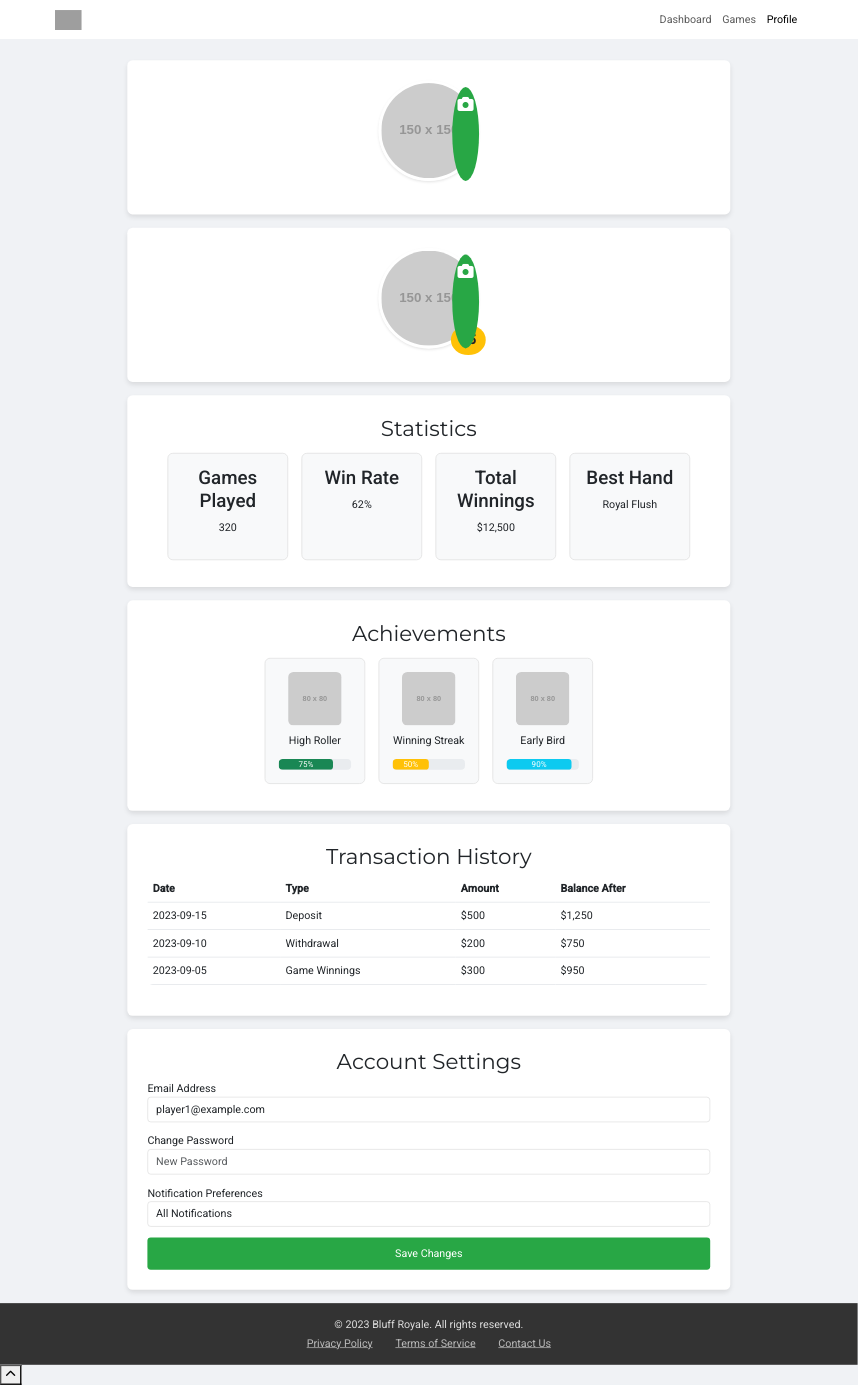
Repository: KidBillionaire/newapp
Page: public/settings.html
An editor plug-in stored every save of this project. The page is shown before and after the next save, followed by the edit.
The browser window is 1280 px wide. The pictures show the whole page, at 67% of full size.
Pictures or frames that could not be fetched are drawn as grey boxes.

Above is the page before, as saved 2024-10-10 20:10:07.

### public/settings.html
<!DOCTYPE html>
<html lang="en">
<head>
  <meta charset="UTF-8">
  <title>Bluff Royale - Profile</title>
  <meta name="viewport" content="width=device-width, initial-scale=1.0">
  <link href="https://fonts.googleapis.com/css2?family=Montserrat:wght@400;700&family=Roboto:wght@400;500&display=swap" rel="stylesheet">
  <link href="https://cdn.jsdelivr.net/npm/bootstrap@5.3.0/dist/css/bootstrap.min.css" rel="stylesheet">
  <link rel="stylesheet" href="https://cdnjs.cloudflare.com/ajax/libs/font-awesome/6.4.0/css/all.min.css">
  <style>
    /* Global Styles */
    body {
      background-color: #f0f2f5; /* Light background for a cleaner look */
      font-family: 'Roboto', sans-serif;
      padding-top: 70px;
    }

    .profile-container {
      max-width: 900px;
      margin: 20px auto;
    }

    .section {
      background: #ffffff;
      border-radius: 8px;
      box-shadow: 0 4px 8px rgba(0, 0, 0, 0.1); /* Light shadow for depth */
      padding: 30px;
      margin-bottom: 20px;
    }

    h2 {
      font-family: 'Montserrat', sans-serif;
      text-align: center;
      margin-bottom: 30px;
    }

    /* User Info */
    .user-info .profile-picture {
      position: relative;
      display: inline-block;
      margin-bottom: 20px;
    }

    .user-info .profile-picture img {
      border-radius: 50%;
      border: 4px solid #fff; /* White border around image */
      box-shadow: 0 2px 4px rgba(0, 0, 0, 0.1); /* Light shadow */
    }

    .user-info .level-badge {
      position: absolute;
      bottom: -10px;
      right: -10px;
      background: #ffc107;
      border-radius: 50%;
      padding: 8px 15px;
      font-size: 1.2em;
      font-weight: bold;
    }

    .user-info .upload-button {
      position: absolute;
      top: 10px;
      right: 10px;
      cursor: pointer;
      font-size: 1.5em;
    }

    /* Statistics Section */
    .statistics .stat-item {
      text-align: center;
      border: 1px solid #ddd;
      border-radius: 8px;
      padding: 20px;
      width: 180px;
      margin: 10px;
      background-color: #f8f9fa;
    }

    .statistics .stat-item h3 {
      margin-bottom: 10px;
    }

    /* Achievements Section */
    .achievement-item {
      text-align: center;
      border: 1px solid #ddd;
      border-radius: 8px;
      padding: 20px;
      width: 150px;
      margin: 10px;
      background-color: #f8f9fa;
    }

    .achievement-item img {
      border-radius: 8px;
      margin-bottom: 10px;
    }

    .progress {
      height: 10px;
      background-color: #e9ecef;
      border-radius: 5px;
    }

    .progress-bar {
      border-radius: 5px;
    }

    /* Transaction History */
    .transaction-history table {
      border-radius: 8px;
      overflow: hidden;
    }

    /* Settings Form */
    .form-group input, .form-group select {
      border-radius: 5px;
      border: 1px solid #ddd;
    }

    .save-button {
      width: 100%;
      background-color: #28a745;
      color: #fff;
      border: none;
      border-radius: 5px;
      padding: 12px;
      transition: background-color 0.3s ease;
    }

    .save-button:hover {
      background-color: #218838;
    }

    /* Footer */
    footer {
      background-color: #333;
      padding: 20px 0;
      color: #ddd;
    }

    footer a {
      color: #bbb;
      margin: 0 15px;
    }

    footer a:hover {
      color: #fff;
    }
  </style>
</head>
<body>
    <!DOCTYPE html>
    <html lang="en">
    <head>
      <meta charset="UTF-8">
      <title>Bluff Royale - Profile</title>
      <meta name="viewport" content="width=device-width, initial-scale=1.0">
      <link href="https://fonts.googleapis.com/css2?family=Montserrat:wght@400;700&family=Roboto:wght@400;500&display=swap" rel="stylesheet">
      <link href="https://cdn.jsdelivr.net/npm/bootstrap@5.3.0/dist/css/bootstrap.min.css" rel="stylesheet">
      <link rel="stylesheet" href="https://cdnjs.cloudflare.com/ajax/libs/font-awesome/6.4.0/css/all.min.css">
      <style>
        body {
          background-color: #f0f2f5;
          font-family: 'Roboto', sans-serif;
          padding-top: 70px;
        }

        .profile-container {
          max-width: 900px;
          margin: 20px auto;
        }

        .section {
          background: #ffffff;
          border-radius: 8px;
          box-shadow: 0 4px 8px rgba(0, 0, 0, 0.1);
          padding: 30px;
          margin-bottom: 20px;
        }

        .user-info .profile-picture {
          position: relative;
          display: inline-block;
          margin-bottom: 20px;
        }

        .user-info .profile-picture img {
          border-radius: 50%;
          border: 4px solid #fff;
          width: 150px; /* Set width for consistency */
          height: 150px; /* Set height for consistency */
          object-fit: cover; /* Ensure image fits nicely */
        }

        .user-info .upload-button {
          position: absolute;
          bottom: 0;
          right: 0;
          cursor: pointer;
          font-size: 1.5em;
          background: #28a745;
          color: #fff;
          border-radius: 50%;
          padding: 8px;
        }

        .user-info .upload-button:hover {
          background: #218838;
        }
      </style>
    </head>
    <body>

      <!-- Navbar -->
      <nav class="navbar navbar-expand-lg navbar-light bg-white fixed-top">
        <div class="container">
          <a class="navbar-brand" href="#">
            <img src="logo.png" alt="Bluff Royale" style="height: 30px;">
          </a>
          <button class="navbar-toggler" type="button" data-bs-toggle="collapse" data-bs-target="#navbarNav">
            <span class="navbar-toggler-icon"></span>
          </button>
          <div class="collapse navbar-collapse justify-content-end" id="navbarNav">
            <ul class="navbar-nav">
              <li class="nav-item">
                <a class="nav-link" href="dashboard.html">Dashboard</a>
              </li>
              <li class="nav-item">
                <a class="nav-link" href="create-table.html">Games</a>
              </li>
              <li class="nav-item">
                <a class="nav-link active" aria-current="page" href="profile.html">Profile</a>
              </li>
            </ul>
          </div>
        </div>
      </nav>

      <!-- Profile Container -->
      <div class="profile-container">
        <!-- User Info Section -->
        <div class="section user-info text-center">
          <div class="profile-picture">
            <img id="profileImage" src="https://via.placeholder.com/150" alt="Profile picture">
            <input type="file" id="imageUpload" accept=".png, .jpg, .jpeg" hidden />
            <label for="imageUpload" class="upload-button">
              <i class="fas fa-camera"></i>
            </label>
          </div>
        </div>

        <!-- Additional sections below remain unchanged -->
      </div>

      <!-- JavaScript for Image Upload -->
      <script>
        // Function to handle profile image upload
        document.getElementById('imageUpload').addEventListener('change', function(event) {
          const [file] = event.target.files;
          if (file) {
            // Check file type (must be an image)
            if (!file.type.startsWith('image/')) {
              alert('Please select a valid image file.');
              return;
            }

            // Check file size (example: 2MB limit)
            if (file.size > 2 * 1024 * 1024) {
              alert('File size exceeds 2MB.');
              return;
            }

            // Set the image preview
            const imgElement = document.getElementById('profileImage');
            imgElement.src = URL.createObjectURL(file);
          }
        });
      </script>
    </body>
    </html>

  <!-- Navbar -->
  <nav class="navbar navbar-expand-lg navbar-light bg-white fixed-top">
    <div class="container">
      <a class="navbar-brand" href="#">
        <img src="logo.png" alt="Bluff Royale" style="height: 30px;">
      </a>
      <button class="navbar-toggler" type="button" data-bs-toggle="collapse" data-bs-target="#navbarNav">
        <span class="navbar-toggler-icon"></span>
      </button>
      <div class="collapse navbar-collapse justify-content-end" id="navbarNav">
        <ul class="navbar-nav">
          <li class="nav-item">
            <a class="nav-link" href="dashboard.html">Dashboard</a>
          </li>
          <li class="nav-item">
            <a class="nav-link" href="create-table.html">Games</a>
          </li>
          <li class="nav-item">
            <a class="nav-link active" aria-current="page" href="profile.html">Profile</a>
          </li>
        </ul>
      </div>
    </div>
  </nav>

  <!-- Profile Container -->
  <div class="profile-container">
    <!-- User Info Section -->
    <div class="section user-info text-center">
      <div class="profile-picture">
        <img id="profileImage" src="https://via.placeholder.com/150" alt="Profile picture of Player1">
        <div class="level-badge">15</div>
        <input type="file" id="imageUpload" accept=".png, .jpg, .jpeg" hidden />
        <label for="imageUpload" class="upload-button">
          <i class="fas fa-camera"></i>
        </label>
      </div>
    </div>

    <!-- Statistics Section -->
    <div class="section statistics">
      <h2>Statistics</h2>
      <div class="d-flex justify-content-center">
        <div class="stat-item">
          <h3>Games Played</h3>
          <p>320</p>
        </div>
        <div class="stat-item">
          <h3>Win Rate</h3>
          <p>62%</p>
        </div>
        <div class="stat-item">
          <h3>Total Winnings</h3>
          <p>$12,500</p>
        </div>
        <div class="stat-item">
          <h3>Best Hand</h3>
          <p>Royal Flush</p>
        </div>
      </div>
    </div>

    <!-- Achievements Section -->
    <div class="section achievements">
      <h2>Achievements</h2>
      <div class="d-flex justify-content-center">
        <div class="achievement-item">
          <img src="https://via.placeholder.com/80" alt="High Roller Badge">
          <p>High Roller</p>
          <div class="progress mt-2">
            <div class="progress-bar bg-success" style="width: 75%;" aria-valuenow="75" aria-valuemin="0" aria-valuemax="100">75%</div>
          </div>
        </div>
        <div class="achievement-item">
          <img src="https://via.placeholder.com/80" alt="Winning Streak Badge">
          <p>Winning Streak</p>
          <div class="progress mt-2">
            <div class="progress-bar bg-warning" style="width: 50%;" aria-valuenow="50" aria-valuemin="0" aria-valuemax="100">50%</div>
          </div>
        </div>
        <div class="achievement-item">
          <img src="https://via.placeholder.com/80" alt="Early Bird Badge">
          <p>Early Bird</p>
          <div class="progress mt-2">
            <div class="progress-bar bg-info" style="width: 90%;" aria-valuenow="90" aria-valuemin="0" aria-valuemax="100">90%</div>
          </div>
        </div>
      </div>
    </div>

    <!-- Transaction History Section -->
    <div class="section transaction-history">
      <h2>Transaction History</h2>
      <table class="table">
        <thead>
          <tr>
            <th>Date</th>
            <th>Type</th>
            <th>Amount</th>
            <th>Balance After</th>
          </tr>
        </thead>
        <tbody>
          <tr>
            <td>2023-09-15</td>
            <td>Deposit</td>
            <td>$500</td>
            <td>$1,250</td>
          </tr>
          <tr>
            <td>2023-09-10</td>
            <td>Withdrawal</td>
            <td>$200</td>
            <td>$750</td>
          </tr>
          <tr>
            <td>2023-09-05</td>
            <td>Game Winnings</td>
            <td>$300</td>
            <td>$950</td>
          </tr>
        </tbody>
      </table>
    </div>

    <!-- Settings Section -->
    <div class="section settings">
      <h2>Account Settings</h2>
      <form id="settingsForm">
        <div class="form-group mb-3">
          <label for="email">Email Address</label>
          <input type="email" id="email" class="form-control" value="player1@example.com" required>
        </div>
        <div class="form-group mb-3">
          <label for="password">Change Password</label>
          <input type="password" id="password" class="form-control" placeholder="New Password">
        </div>
        <div class="form-group mb-3">
          <label for="notifications">Notification Preferences</label>
          <select id="notifications" class="form-control">
            <option value="all">All Notifications</option>
            <option value="email">Email Only</option>
            <option value="sms">SMS Only</option>
            <option value="none">No Notifications</option>
          </select>
        </div>
        <button type="button" class="save-button" onclick="saveSettings()">Save Changes</button>
      </form>
    </div>
  </div>

  <!-- Footer -->
  <footer class="text-center">
    <div class="container">
      <p class="mb-1">&copy; 2023 Bluff Royale. All rights reserved.</p>
      <a href="#">Privacy Policy</a>
      <a href="#">Terms of Service</a>
      <a href="#">Contact Us</a>
    </div>
  </footer>

  <button onclick="topFunction()" id="backToTopBtn" title="Go to top">
    <i class="fas fa-chevron-up"></i>

After the next save:
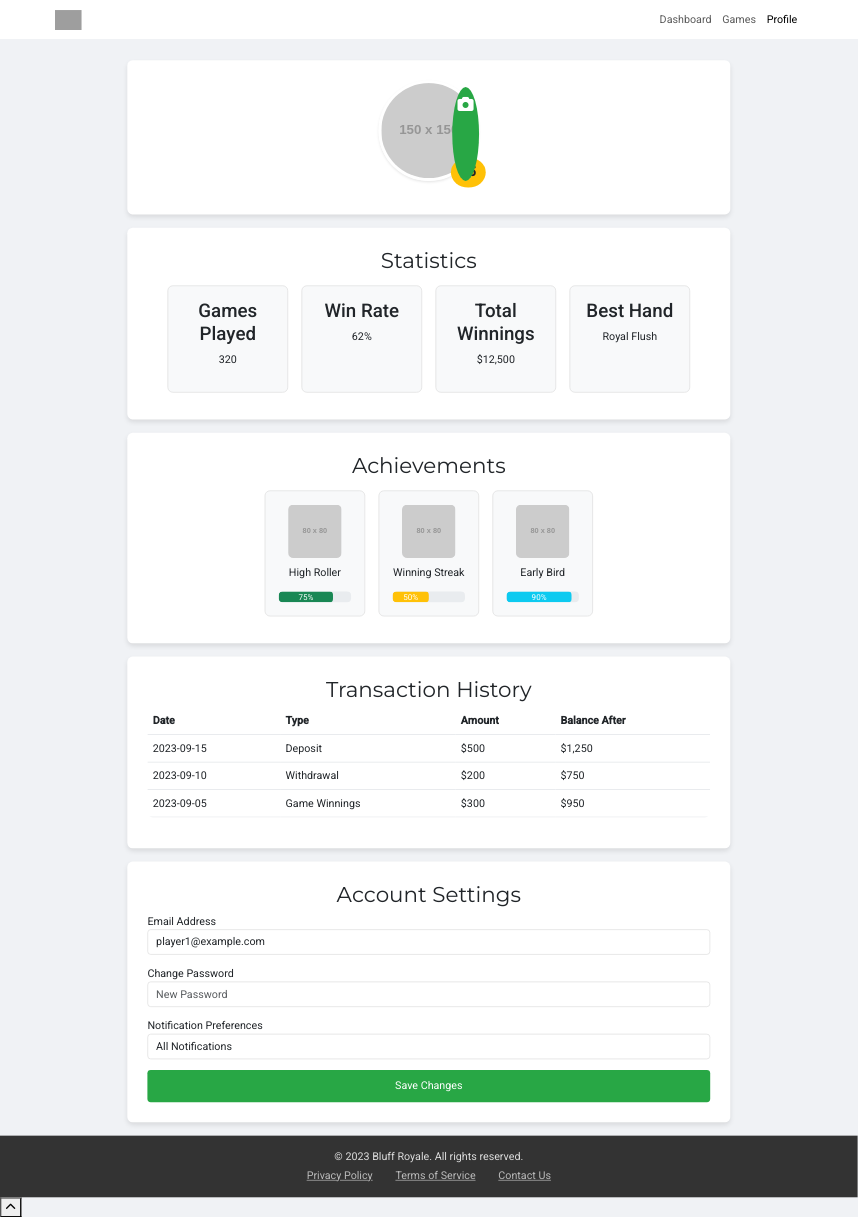
Console error: TypeError: Cannot read properties of null (reading 'addEventListener')
Saved 75 s later.
--- a/public/settings.html
+++ b/public/settings.html
@@ -237,19 +237,6 @@
           </div>
         </div>
       </nav>
-
-      <!-- Profile Container -->
-      <div class="profile-container">
-        <!-- User Info Section -->
-        <div class="section user-info text-center">
-          <div class="profile-picture">
-            <img id="profileImage" src="https://via.placeholder.com/150" alt="Profile picture">
-            <input type="file" id="imageUpload" accept=".png, .jpg, .jpeg" hidden />
-            <label for="imageUpload" class="upload-button">
-              <i class="fas fa-camera"></i>
-            </label>
-          </div>
-        </div>
 
         <!-- Additional sections below remain unchanged -->
       </div>

After the save that followed:
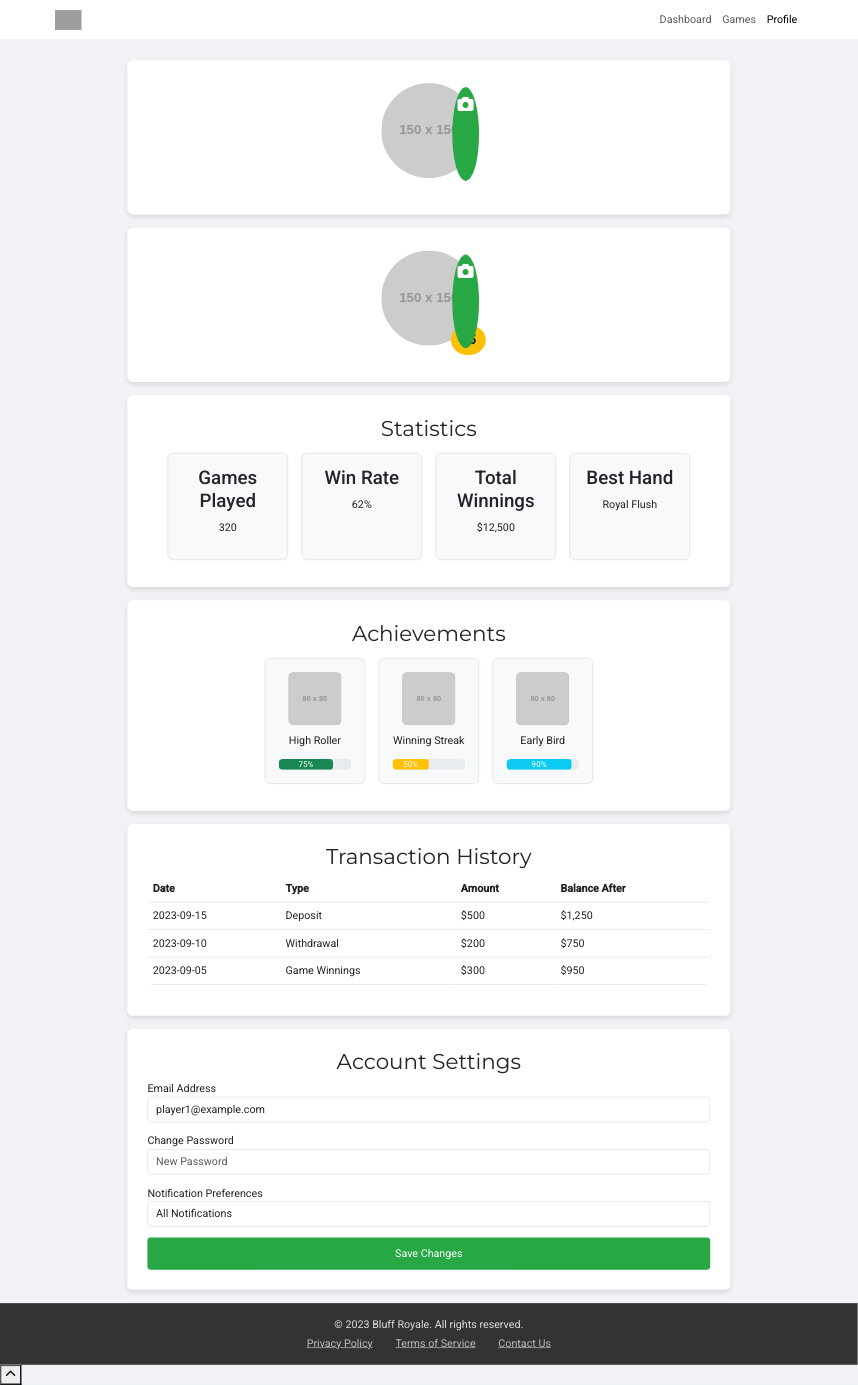
The error is gone.
Saved 24 s later.
--- a/public/settings.html
+++ b/public/settings.html
@@ -39,12 +39,6 @@
       position: relative;
       display: inline-block;
       margin-bottom: 20px;
-    }
-
-    .user-info .profile-picture img {
-      border-radius: 50%;
-      border: 4px solid #fff; /* White border around image */
-      box-shadow: 0 2px 4px rgba(0, 0, 0, 0.1); /* Light shadow */
     }
 
     .user-info .level-badge {
@@ -237,6 +231,19 @@
           </div>
         </div>
       </nav>
+
+      <!-- Profile Container -->
+      <div class="profile-container">
+        <!-- User Info Section -->
+        <div class="section user-info text-center">
+          <div class="profile-picture">
+            <img id="profileImage" src="https://via.placeholder.com/150" alt="Profile picture">
+            <input type="file" id="imageUpload" accept=".png, .jpg, .jpeg" hidden />
+            <label for="imageUpload" class="upload-button">
+              <i class="fas fa-camera"></i>
+            </label>
+          </div>
+        </div>
 
         <!-- Additional sections below remain unchanged -->
       </div>
